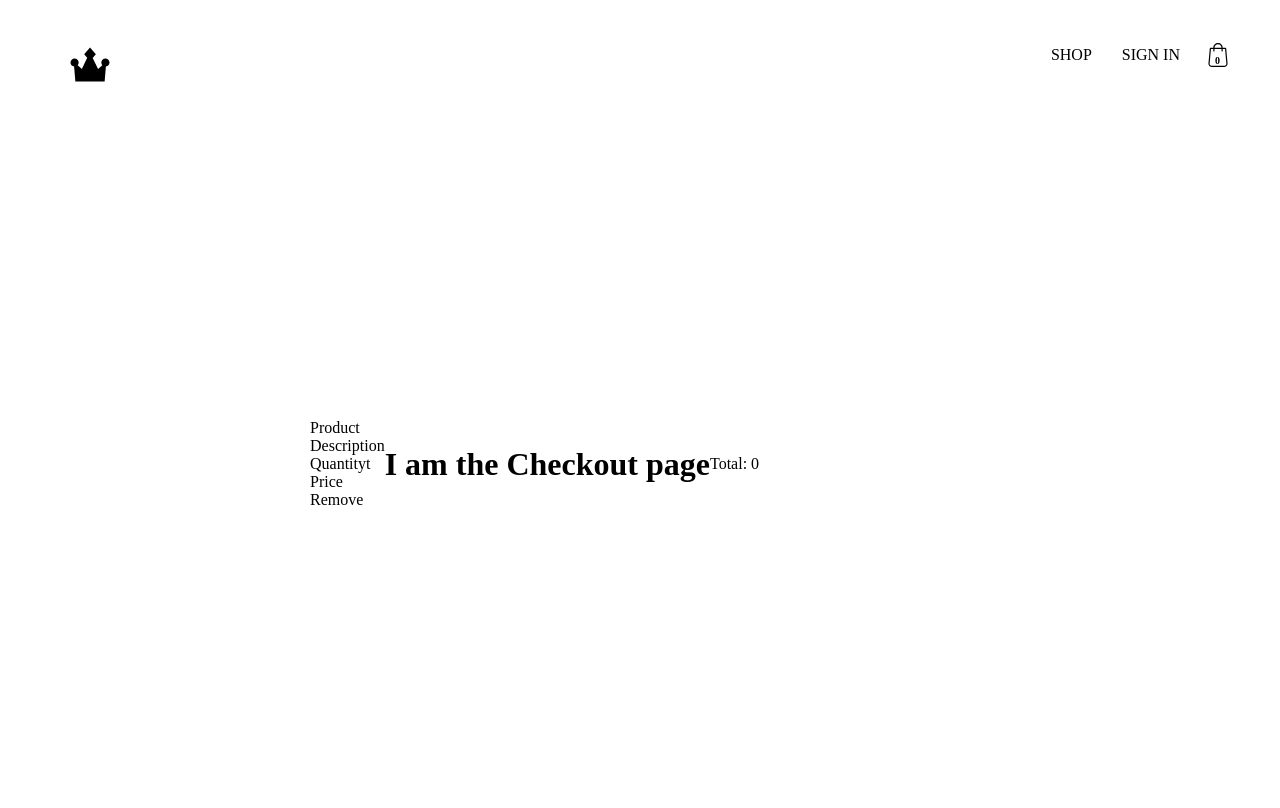
Repository: Chadi2000/crwn-clothing
Page: /checkout
The author's editor kept a copy of each file at every save. The page is drawn from the files as they stood at one save, then again after the next save.
The browser window is 1280 px wide. The pictures show the whole page.
The project was rebuilt for these pictures with package versions that can differ from the ones it lists, and the page was loaded fresh each time. Also part of the build but not shown: src/categories.styles.scss, src/components/category-item/category-item.styles.scss, src/components/category-item/category-item.component.jsx, src/components/directory/directory.styles.scss, src/components/directory/directory.component.js, src/routes/home/home.component.jsx, src/components/button/button.styles.scss, src/components/button/button.component.jsx and 16 more.

Above is the page before, as saved 2024-02-18 20:57:22.

After the next save:
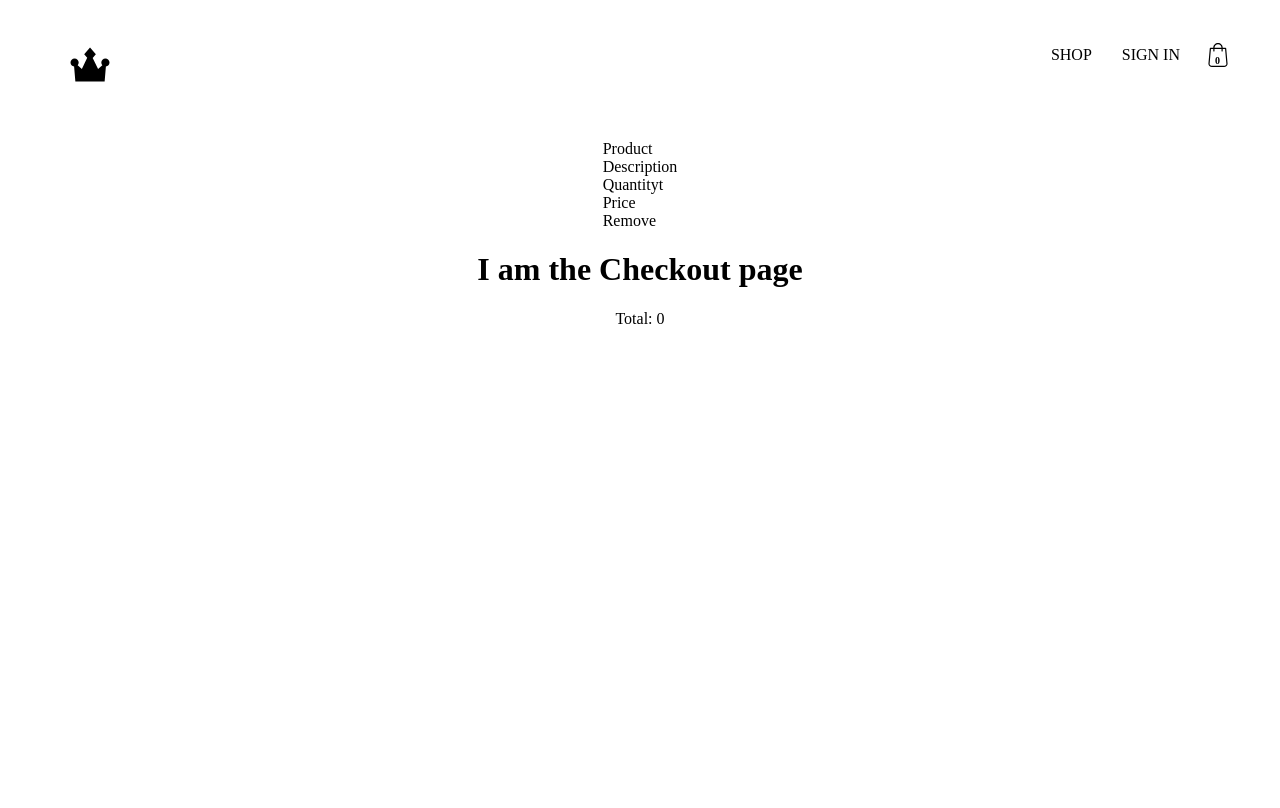
Saved 5 s later.
--- a/src/routes/checkout/checkout.styles.scss
+++ b/src/routes/checkout/checkout.styles.scss
@@ -2,7 +2,7 @@
     width: 55%;
     min-height: 90vh;
     display: flex;
-    //flex-direction: column;
+    flex-direction: column;
     align-items: center;
     margin: 50px auto 0;
 }
